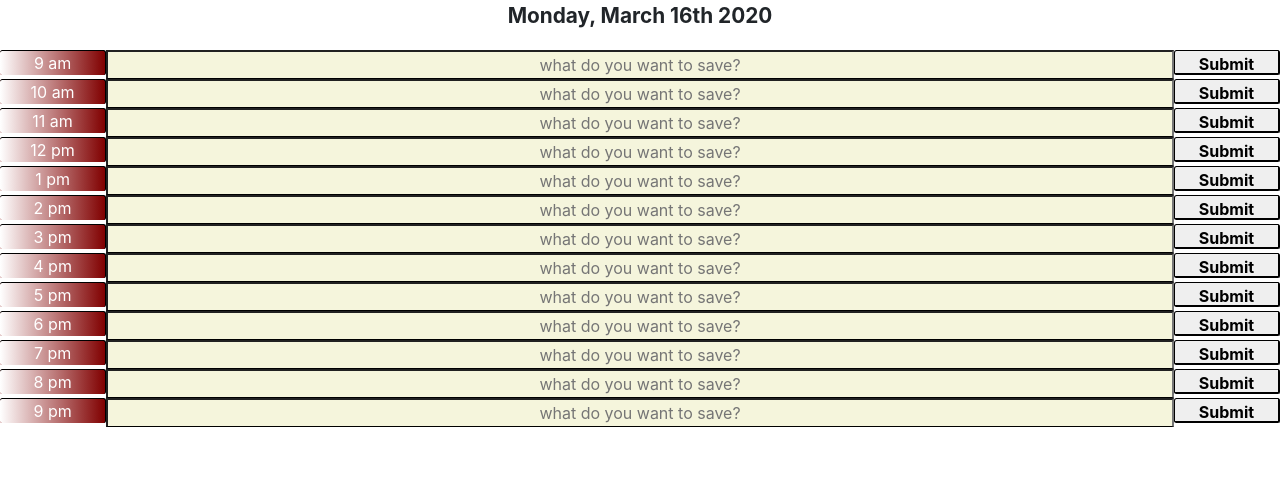
Repository: kkyler24/DayPlanner
Page: Index.html
The author's editor kept a copy of each file at every save. The page is drawn from the files as they stood at one save, then again after the next save.
The browser window is 1280 px wide. The pictures show the whole page.
Some web libraries are served in a nearby version.

Above is the page before, as saved 2020-03-29 22:12:27.
Console error: ReferenceError: array is not defined

### Index.html
<!DOCTYPE html>
<html lang="en">
<head>
    <meta charset="UTF-8">
    <meta name="viewport" content="width=device-width, initial-scale=1.0">
    <!-- Style Sheets -->
    <link rel="stylesheet" href="https://maxcdn.bootstrapcdn.com/bootstrap/4.0.0/css/bootstrap.min.css" integrity="sha384-Gn5384xqQ1aoWXA+058RXPxPg6fy4IWvTNh0E263XmFcJlSAwiGgFAW/dAiS6JXm" crossorigin="anonymous">
    <link rel="stylesheet" type="text/CSS" href="Assets/todocss/todostyles.css">
    <link rel="stylesheet"  type="text/CSS" href="style.css">
    <title>Planner</title>
</head>
<body>
<Main>

<!--Todolist todo list Set up -->
<Div style="display: none">
<Section>
    <div id="ContainerTodo">
        <H1>Today's To-Do List</H1>
        <input type="text">
        <ul>
            <li><span>X</span> Go to Gym</li>
            <li><span>X</span> Finish H.W</li>
            <li><span>X</span> Take over the World</li>
        </ul>


         </div>
 <!-- calendar set up -->
    <div class="container col-sm-4 col-md-7 col-lg-4 mt-5">
        <div class="card">
            <h3 class="card-header" id="monthAndYear"></h3>
            <table class="table table-bordered table-responsive-md" id="calendar">
                <thead>
                <tr>
                    <th>Sun</th>
                    <th>Mon</th>
                    <th>Tue</th>
                    <th>Wed</th>
                    <th>Thu</th>
                    <th>Fri</th>
                    <th>Sat</th>
                </tr>
                </thead>

                <tbody id="calendar-body">

                </tbody>
            </table>

            <div class="form-inline">

                <button class="btn btn-outline-primary col-sm-6" id="previous" onclick="previous()">Previous</button>

                <button class="btn btn-outline-primary col-sm-6" id="next" onclick="next()">Next</button>
            </div>
            <br/>
            <form class="form-inline">
                <label class="lead mr-2 ml-2" for="month">Jump To: </label>
                <select class="form-control col-sm-4" name="month" id="month" onchange="jump()">
                    <option value=0>Jan</option>
                    <option value=1>Feb</option>
                    <option value=2>Mar</option>
                    <option value=3>Apr</option>
                    <option value=4>May</option>
                    <option value=5>Jun</option>
                    <option value=6>Jul</option>
                    <option value=7>Aug</option>
                    <option value=8>Sep</option>
                    <option value=9>Oct</option>
                    <option value=10>Nov</option>
                    <option value=11>Dec</option>
                </select>


                <label for="year"></label><select class="form-control col-sm-4" name="year" id="year" onchange="jump()">

                <option value=2020>2020</option>
                <option value=2021>2021</option>
                <option value=2022>2022</option>
                <option value=2023>2023</option>
                <option value=2024>2024</option>
                <option value=2025>2025</option>
                <option value=2026>2026</option>
                <option value=2027>2027</option>
                <option value=2028>2028</option>
                <option value=2029>2029</option>
                <option value=2030>2030</option>
                <option value=2030>2030</option>
                <option value=2030>2030</option>
                <option value=2030>2030</option>
                <option value=2030>2030</option>
            </select></form>
        </div>
    </div>
    <!--<button name="jump" onclick="jump()">Go</button>-->
</sectiontwo>

<!-- <----Scheduler -->
</Div>
<div id="date"></div>
<div>
    <form onsubmit="timeSubmit(event)">
    <div class="column-small left">9 am</div>
    <input class="column-large middle" placeholder="what do you want to save?"/>
    <button type="submit" class="column-small right button"><strong>Submit</strong></button>
    </form>
    <form onsubmit="timeSubmit(event)">
    <div class="column-small left">10 am</div>
    <input class="column-large middle" placeholder="what do you want to save?">
    <button class="column-small right button"><strong>Submit</strong></button>
    </form>
    <form onsubmit="timeSubmit(event)">
    <div class="column-small left">11 am</div>
    <input class="column-large middle" placeholder="what do you want to save?">
    <button class="column-small right button"><strong>Submit</strong></button>
    </form>
    <form onsubmit="timeSubmit(event)">
    <div class="column-small left">12 pm</div>
    <input class="column-large middle" placeholder="what do you want to save?">
    <button class="column-small right button"><strong>Submit</strong></button>
    </form>
    <form onsubmit="timeSubmit(event)">
    <div class="column-small left">1 pm</div>
    <input class="column-large middle" placeholder="what do you want to save?">
    <button class="column-small right button"><strong>Submit</strong></button>
    </form>
    <form onsubmit="timeSubmit(event)">
    <div class="column-small left">2 pm</div>
    <input class="column-large middle" placeholder="what do you want to save?">
    <button class="column-small right button"><strong>Submit</strong></button>
    </form>
    <form onsubmit="timeSubmit(event)">
    <div class="column-small left">3 pm</div>
    <input class="column-large middle" placeholder="what do you want to save?">
    <button class="column-small right button"><strong>Submit</strong></button>
    </form>
    <form onsubmit="timeSubmit(event)">
    <div class="column-small left">4 pm</div>
    <input class="column-large middle" placeholder="what do you want to save?">
    <button class="column-small right button"><strong>Submit</strong></button>
    </form>
    <form onsubmit="timeSubmit(event)">
    <div class="column-small left">5 pm</div>
    <input class="column-large middle" placeholder="what do you want to save?">
    <button class="column-small right button"><strong>Submit</strong></button>
    </form>
    <form onsubmit="timeSubmit(event)">
    <div class="column-small left">6 pm</div>
    <input class="column-large middle" placeholder="what do you want to save?">
    <button class="column-small right button"><strong>Submit</strong></button>
    </form>
    <form onsubmit="timeSubmit(event)">
    <div class="column-small left">7 pm</div>
    <input class="column-large middle" placeholder="what do you want to save?">
    <button class="column-small right button"><strong>Submit</strong></button>
    </form>
    <form onsubmit="timeSubmit(event)">
    <div class="column-small left">8 pm</div>
    <input class="column-large middle" placeholder="what do you want to save?">
    <button class="column-small right button"><strong>Submit</strong></button>
    </form>
    <form onsubmit="timeSubmit(event)">
    <div class="column-small left">9 pm</div>
    <input class="column-large middle" placeholder="what do you want to save?">
    <button class="column-small right button"><strong>Submit</strong></button>
    </form>
      </div>

    </Div>
</Div>

</Main>

<script src="https://code.jquery.com/jquery-3.2.1.slim.min.js" integrity="sha384-KJ3o2DKtIkvYIK3UENzmM7KCkRr/rE9/Qpg6aAZGJwFDMVNA/GpGFF93hXpG5KkN" crossorigin="anonymous"></script>
<script src="https://cdnjs.cloudflare.com/ajax/libs/popper.js/1.12.9/umd/popper.min.js" integrity="sha384-ApNbgh9B+Y1QKtv3Rn7W3mgPxhU9K/ScQsAP7hUibX39j7fakFPskvXusvfa0b4Q" crossorigin="anonymous"></script>
<script src="https://maxcdn.bootstrapcdn.com/bootstrap/4.0.0/js/bootstrap.min.js" integrity="sha384-JZR6Spejh4U02d8jOt6vLEHfe/JQGiRRSQQxSfFWpi1MquVdAyjUar5+76PVCmYl" crossorigin="anonymous"></script>
<script <script src="https://cdnjs.cloudflare.com/ajax/libs/moment.js/2.24.0/moment.min.js"></script>
<script type="text/javascript" src="javascript.js"></script>
<script type="text/javascript" src="Assets/todo JS/todo.js"></script>
</body>
</html>

### Assets/todocss/todostyles.css
/* #ContainerTodo{
  border: 2px solid teal ;
  border-radius:10px ;
  width: 400px;
  margin-top:3rem;
  margin-left:200px ;
  float: left;

} */


Planner

.past{
  background-color: grey;
}
.present {
  background-color: red;
}
.future {
  background-color: green;
}
.column-small {
  flex-grow: 1;
  display: inline-block;
  text-align: center;
  height: 25px;
  width: 25px;
  border-top: 1px solid black;
  border-radius: 2.5px;
}
.column-large {
  flex-grow: 10;
  display: inline-block;
  text-align: center;
}
.left {
  border-right: 1px solid black;
  background-color: maroon;
  color: white;
  background-image: linear-gradient(to right, white, maroon);
}
.right {
  border-left: 1px solid black;
  cursor: pointer;
}
.middle {
  border-bottom: 1px solid black;
  background-color: beige;
}
#date {
  margin: auto;
  text-align: center;
  height: 50px;
  width: 50%;
  font-weight: bold;
  font-size: 1.3em;
}
form {
  display: flex;
}

### style.css
/* .container{
    margin-right: 150px;
    margin-top: 3rem;
    float: left;
    border: 2px solid teal;
    border-radius: 10px;
} */

### javascript.js
let today = new Date();
let currentMonth = today.getMonth();
let currentYear = today.getFullYear();
let selectYear = document.getElementById("year");
let selectMonth = document.getElementById("month");


let months = ["January", "February", "March", "April", "May", "June", "July", "August", "September", "October", "November", "December"];

let monthAndYear = document.getElementById("monthAndYear");
showCalendar(currentMonth, currentYear);

function showCalendar(month, year){

    let firstDay =(new Date(year, month)).getDay();
    let daysInMonth = 32- new Date(year, month, 32).getDate();

    // -->body of the Calendar<--
    let tbl = document.getElementById("calendar-body");


// -->clear previous cells, for new month<--
    tbl.innerHTML="";

    monthAndYear.innerHTML= months[months]+" "+ year;

    // --> create cells for Calendar<--
    let date = 1;
    for(let i = 0; i < 6; i++){
        let row  = document.createElement("tr");
        // --> creating table rows. not really sure about the 6 part. inquire why you need a 6 and not a 7-->

        // creating indivdual cells, and putting data in them.

        for(let j = 0; j < 7; j++){
            if(i===0 && j< firstDay){
                let cell = document.createElement("td");
                let cellText = document.createTextNode("");
                cell.appendChild(cellText);
                row.appendChild(cell);
            }
            else if(date > daysInMonth)
             { break;

        }
        else {
            let cell = document.createElement("td");
            let cellText = document.createTextNode(date);
            if(date ===today.getDate() && year === today.getFullYear() && month === today.getMonth()){
                cell.classList.add
                // --> bootstrap colors, try to get a wider variety of colors <--
                ("bg-info");
            }
            cell.appendChild(cellText);
            row.appendChild(cell);


        }
        date++;

        }

        tbl.appendChild(row);

    }

}

function previous(){
    currentYear =( currentMonth === 0)? currentYear -1 : currentYear;
    currentMonth = currentMonth === 0? 11:currentMonth-1;
    showCalendar(currentMonth, currentYear);
}

function next(){
    currentYear = (currentMonth ===11)? currentYear + 1: currentYear;
    currentMonth = (currentMonth + 1) % 12;
    showCalendar (currentMonth, currentYear);

}
// To do list set up

### Assets/todo JS/todo.js
// check off to do list items and change colors for different stages// in progress<--
$("li").dblclick(function () {
        if($(this).css("color") === "rgb(11, 209, 170)"){
            $(this).css({
                color: "gray",
                textDecoration: "line-through"
            });
        }
        else{
            $(this).css({
            color: "rgb(11, 209, 170)",
            textDecoration: "none",
            fontWeight: "bold"
        });
    }
});

$("li").click(function () {
    // if Li is grey how do we change it back to black?
    if($(this).css("color") === "rgb(128, 128, 128)"){
        $(this).css({
            color: "black",
            textDecoration: "none"
        });
    }
    else{
        $(this).css({
        color: "gray",
        textDecoration: "line-through"
    });
}
});

// --->planner<--

var date = document.getElementById("date");
var dateOfMonth = moment().date(String).local().format("dddd, MMMM Do YYYY");
var presentTime;
date.append(dateOfMonth);
var dataInput;
var key = new Object();
var newElement;
function timeSubmit(evt){
    evt.preventDefault();
    dataInput = evt.target.children[1].value;
    key[evt.target.children[0].innerText] = dataInput;
    localStorage.setItem(evt.target.innerText, dataInput);
    console.log(key);
}
var left = document.getElementsByClassName("left");
var timeArray = [...document.querySelectorAll('.left')];
var input = [...document.querySelectorAll('.middle')];

var presentTime = moment().format('h');

timeArray.forEach(function(element){
    var time = $(element);
    var times = time.siblings()[0];
    var text = time.html();
    if (text.length === 4){
        text = text.slice(0,1);
    } else if
    (text.length === 5){
        text = text.slice(0,2);
    }
    if (text > presentTime){
        times.setAttribute("class", "column-large middle future");
    } else if (text < presentTime){
        times.setAttribute("class", "column-large middle past");
    } else if (text === presentTime){
        times.setAttribute("class", "column-large middle present");
    }
})
array.forEach(function(element){
    var text = element.innerHTML;
    if (text.length === 4){
        text = text.slice(0,1);
    } else if
    (text.length === 5){
        text = text.slice(0,2);
    }
    if (text > presentTime){

    }
})
var text;
var textArr = [];
for (var i = 0; i < left.length; i++){
    text = left[i].innerHTML;
    if (text.length === 4){
        text = text.slice(0,1);
    } else if
    (text.length === 5){
        text = text.slice(0,2);
    }
    textArr.push(text);
}
presentTime = moment().format('hmm');
textArr.forEach(function(element){
    newElement = element.concat("00");
    console.log(newElement);
})


textArr.forEach(function(time){
    if(presentTime > time){

    }
})

After the next save:
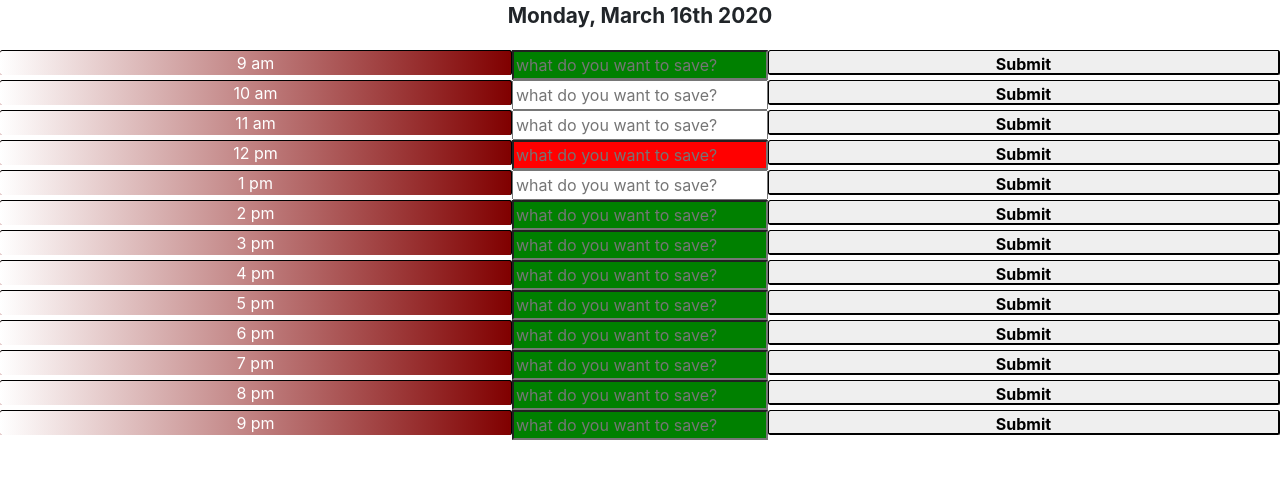
Saved 57 s later.
--- a/Assets/todo JS/todo.js
+++ b/Assets/todo JS/todo.js
@@ -64,11 +64,11 @@ timeArray.forEach(function(element){
         text = text.slice(0,2);
     }
     if (text > presentTime){
-        times.setAttribute("class", "column-large middle future");
+        times.setAttribute("class", "future");
     } else if (text < presentTime){
-        times.setAttribute("class", "column-large middle past");
+        times.setAttribute("class", "past");
     } else if (text === presentTime){
-        times.setAttribute("class", "column-large middle present");
+        times.setAttribute("class", "present");
     }
 })
 array.forEach(function(element){
